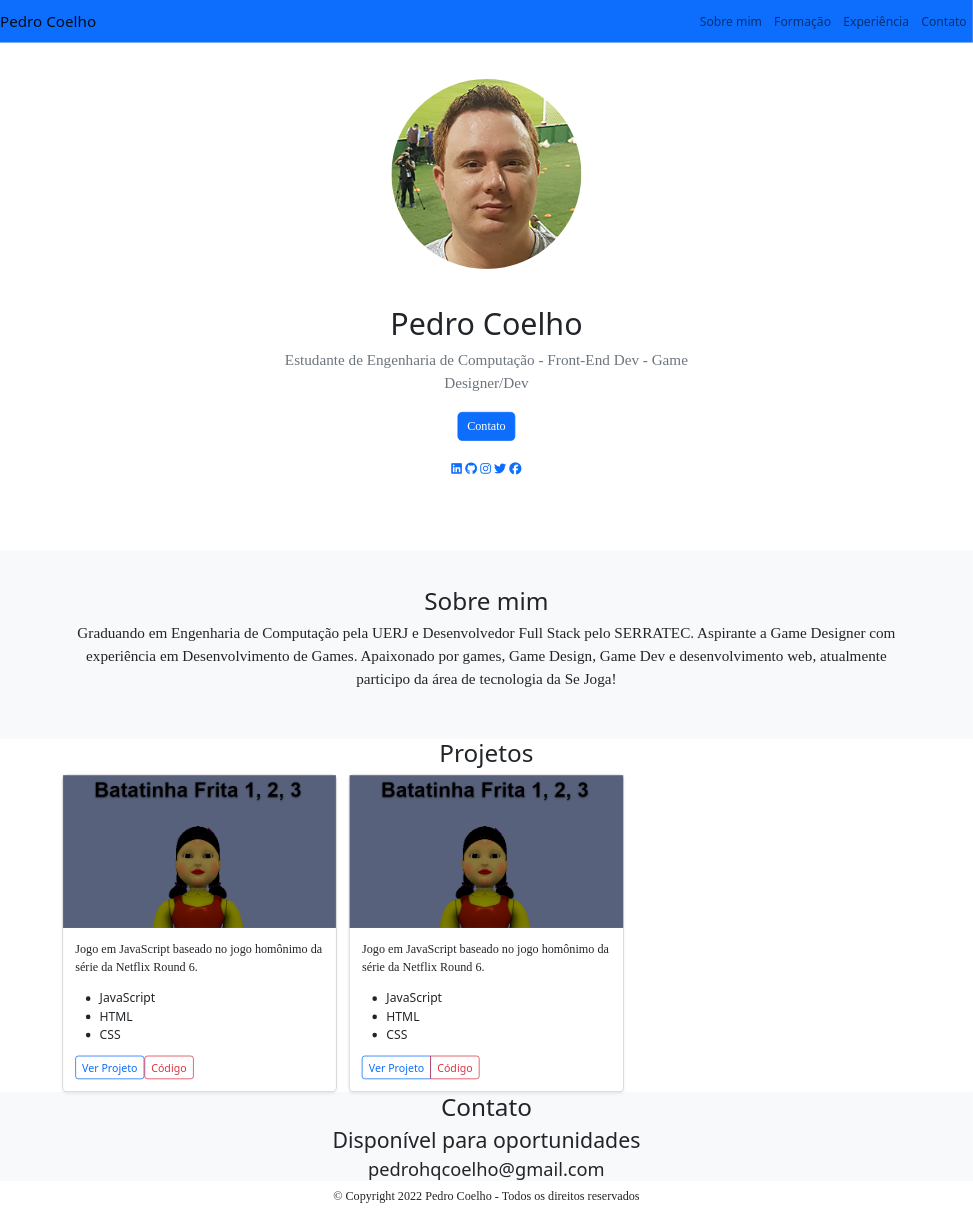
Repository: PedroHQCoelho/portfolio
Page: index.html
An editor plug-in stored every save of this project. The page is shown before and after the next save, followed by the edit.
The browser window is 1280 px wide. The pictures show the whole page, at 76% of full size.
Some web libraries are served in a nearby version.

Above is the page before, as saved 2022-05-26 18:44:53.

### index.html
<!DOCTYPE html>
<html lang="pt-BR">
<head>
    <meta charset="UTF-8">
    <meta http-equiv="X-UA-Compatible" content="IE=edge">
    <meta name="viewport" content="width=device-width, initial-scale=1.0">
    <title>Pedro Coelho - Portfólio</title>
    <link href="https://cdn.jsdelivr.net/npm/bootstrap@5.2.0-beta1/dist/css/bootstrap.min.css" rel="stylesheet" integrity="sha384-0evHe/X+R7YkIZDRvuzKMRqM+OrBnVFBL6DOitfPri4tjfHxaWutUpFmBp4vmVor" crossorigin="anonymous">
    <script src="https://cdn.jsdelivr.net/npm/bootstrap@5.2.0-beta1/dist/js/bootstrap.bundle.min.js" integrity="sha384-pprn3073KE6tl6bjs2QrFaJGz5/SUsLqktiwsUTF55Jfv3qYSDhgCecCxMW52nD2" crossorigin="anonymous"></script>
    <script src="https://cdn.jsdelivr.net/npm/@popperjs/core@2.11.5/dist/umd/popper.min.js" integrity="sha384-Xe+8cL9oJa6tN/veChSP7q+mnSPaj5Bcu9mPX5F5xIGE0DVittaqT5lorf0EI7Vk" crossorigin="anonymous"></script>
    <script src="https://cdn.jsdelivr.net/npm/bootstrap@5.2.0-beta1/dist/js/bootstrap.min.js" integrity="sha384-kjU+l4N0Yf4ZOJErLsIcvOU2qSb74wXpOhqTvwVx3OElZRweTnQ6d31fXEoRD1Jy" crossorigin="anonymous"></script>
    <script src="https://kit.fontawesome.com/65e0a77774.js" crossorigin="anonymous"></script>
    <link rel="stylesheet" href="style.css">
</head>
<body>
    <nav class="navbar navbar-expand-lg navbar-light bg-primary">
        <a class="navbar-brand" href="#">Pedro Coelho</a>
        <button class="navbar-toggler" type="button" data-toggle="collapse" data-target="#navbarSupportedContent" aria-controls="navbarSupportedContent" aria-expanded="false" aria-label="Toggle navigation">
          <span class="navbar-toggler-icon"></span>
        </button>

        <div class="collapse navbar-collapse" id="navbarSupportedContent">
          <ul class="navbar-nav me-auto">

          </ul>
          <ul class="navbar-nav">
            <li class="nav-item">
                <a class="nav-link" href="#">Sobre mim</a>
            </li>
            <li class="nav-item">
                <a class="nav-link" href="#">Formação</a>
            </li>
            <li class="nav-item">
                <a class="nav-link" href="#">Experiência</a>
            </li>
            <li class="nav-item">
                <a class="nav-link" href="#">Contato</a>
            </li>
          </ul>
        </div>
    </nav>

    <section class="py-5 text-center container">
        <img class="foto-perfil" src="img/foto-rosto.png" alt="foto perfil">
        <div class="row py-lg-5">
            <div class="col-lg-6 col-md-8 mx-auto">
            <h1 class="fw-light">Pedro Coelho</h1>
            <p class="lead text-muted">Estudante de Engenharia de Computação - Front-End Dev - Game Designer/Dev</p>
            <p>
              <a href="#" class="btn btn-primary my-2">Contato</a>
            </p>
            <a href="https://www.linkedin.com/in/pedrohqcoelho/" target="_blank" title="Linkedin - Pedro Coelho"><i class="fab fa-linkedin"></i></a>
            <a href="https://github.com/PedroHQCoelho" target="_blank" title="Github - PedroHQCoelho"><i class="fab fa-github"></i></a>
            <a href="https://www.instagram.com/pedro.hq.coelho/" target="_blank" title="Instagram - @pedro.hq.coelho"><i class="fab fa-instagram"></i></a>
            <a href="https://twitter.com/pedrohqcoelho" target="_blank" title="Twitter - @pedrohqcoelho"><i class="fab fa-twitter"></i></a>
            <a href="https://www.facebook.com/pedrohqcoelho" target="_blank" title="Facebook - Pedro Coelho"><i class="fab fa-facebook"></i></a>
          </div>
        </div>
    </section>

    <div class="album py-5 bg-light">

        <!--Sobre mim-->

        <section class="jumbotron text-center">
          <div class="container">
            <h2 class="jumbotron heading">Sobre mim</h2>
            <p class="lead">
              Graduando em Engenharia de Computação pela UERJ e Desenvolvedor Full Stack pelo SERRATEC.
              Aspirante a Game Designer com experiência em Desenvolvimento de Games.
              Apaixonado por games, Game Design, Game Dev e desenvolvimento web, atualmente participo da área de tecnologia da Se Joga!
            </p>
          </div>
        </section>
      </div>

        <!--Projetos-->

        <div class="container">
          <h2 class="jumbotron heading text-center">Projetos</h2>
          <div class="row row-cols-1 row-cols-sm-2 row-cols-md-3 g-3">
            <div class="col">
              <div class="card shadow-sm">
                <img src="img/batatinhafrita123.png" alt="">
                <div class="card-body">
                  <p class="card-text">Jogo em JavaScript baseado no jogo homônimo da série da Netflix Round 6.</p>
                  <ul>
                    <li>JavaScript</li>
                    <li>HTML</li>
                    <li>CSS</li>
                  </ul>
                  <div class="d-flex justify-content-between align-items-center">
                    <div class="btn-group">
                      <a href="https://batatinha-frita-1-2-3.netlify.app/" target="_blank" rel="noopener noreferrer">
                        <button type="button" class="btn btn-sm btn-outline-primary">Ver Projeto</button>
                      </a>
                      <a href="https://github.com/PedroHQCoelho/batatinha-frita-1-2-3" target="_blank" rel="noopener noreferrer">
                        <button type="button" class="btn btn-sm btn-outline-danger">Código</button>
                      </a>
                    </div>
                  </div>
                </div>
              </div>
            </div>
            <div class="col">
              <div class="card shadow-sm">
                <img src="img/batatinhafrita123.png" alt="">
                <div class="card-body">
                  <p class="card-text">Jogo em JavaScript baseado no jogo homônimo da série da Netflix Round 6.</p>
                  <ul>
                    <li>JavaScript</li>
                    <li>HTML</li>
                    <li>CSS</li>
                  </ul>
                  <div class="d-flex justify-content-between align-items-center">
                    <div class="btn-group">
                      <button type="button" class="btn btn-sm btn-outline-primary">Ver Projeto</button>
                      <button type="button" class="btn btn-sm btn-outline-danger">Código</button>
                    </div>
                  </div>
                </div>
              </div>
            </div>
          </div>
        </div>

        <!--Contato-->
        <section>
          <div class="container-fluid bg-light">
            <h2 class="jumbotron heading text-center">Contato</h2>
            <h3 class="text-center">Disponível para oportunidades</h3>
            <h4 class="text-center">pedrohqcoelho@gmail.com</h4>
          </div>
        </section>

        <!--Footer-->
        <footer class="text-center">
          <p>© Copyright 2022 Pedro Coelho - Todos os direitos reservados</p>
        </footer>
</body>
</html>

### style.css
.foto-perfil {
    height: 100%;
    width: auto;
    max-width: 100%;
    border-radius: 50%;
}

p {
    font-family:'Times New Roman', Times, serif;
}

After the next save:
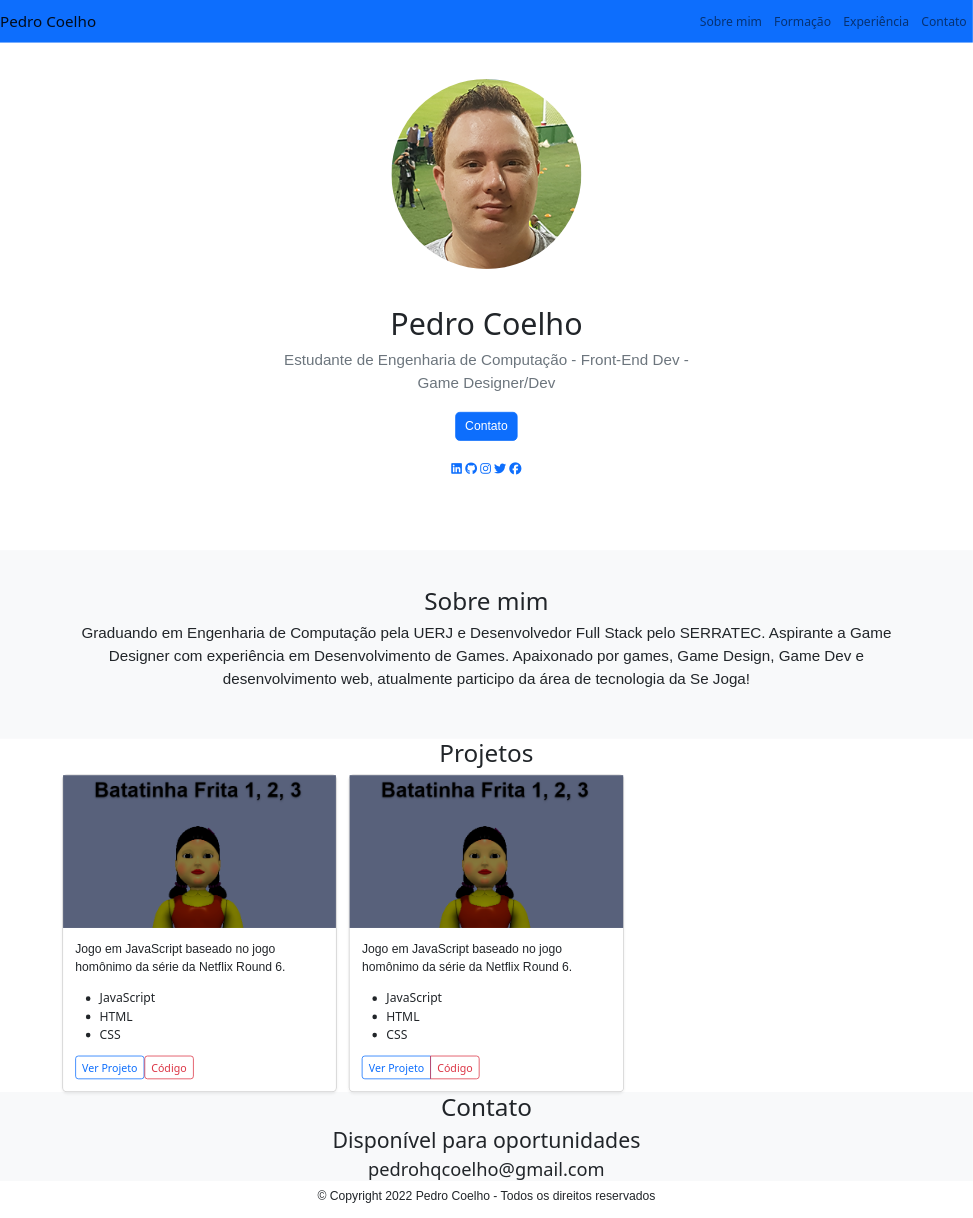
Saved 22 s later.
--- a/style.css
+++ b/style.css
@@ -6,5 +6,5 @@
 }
 
 p {
-    font-family:'Times New Roman', Times, serif;
+    font-family:Arial, Helvetica, sans-serif
 }
